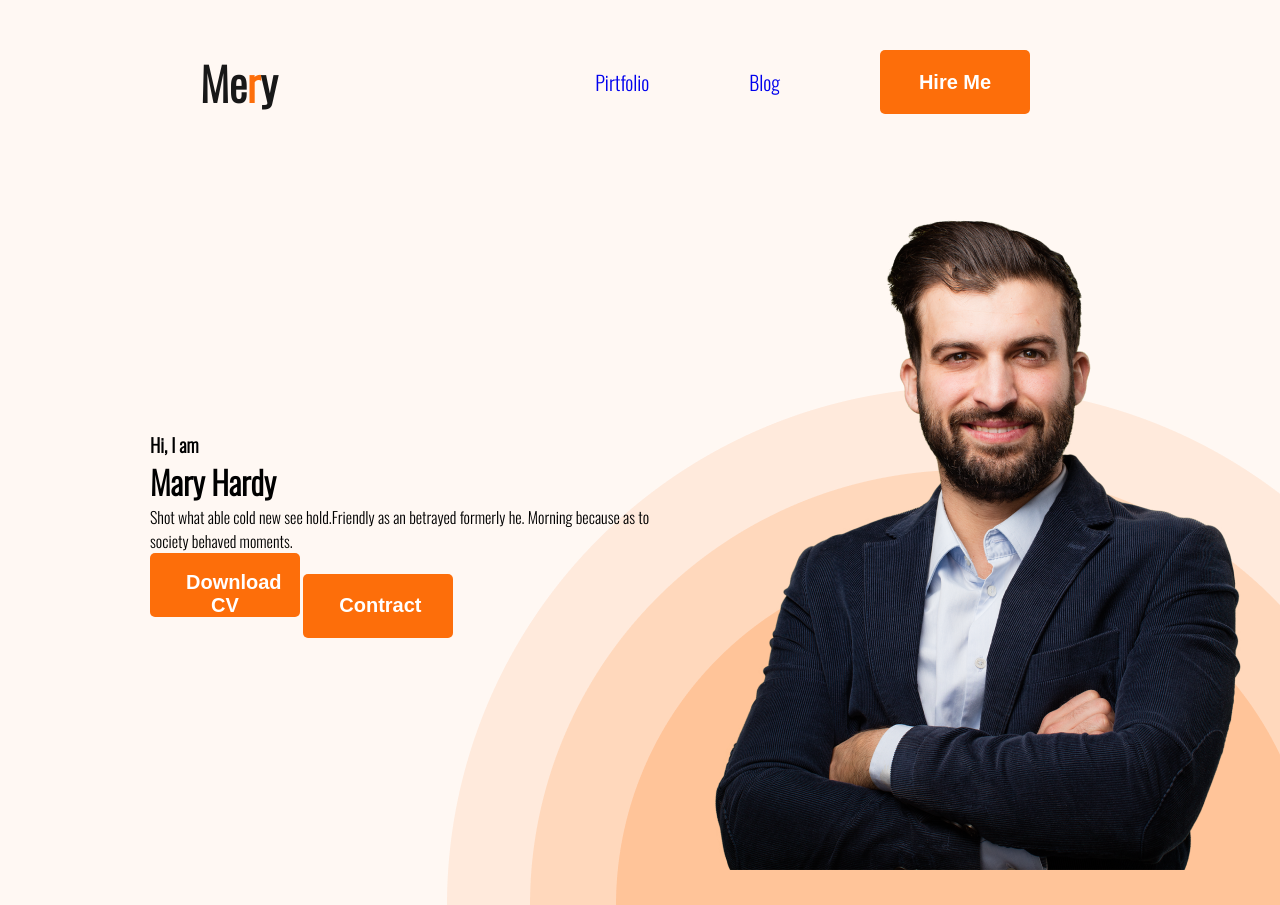
Repository: sumonkumarsarkar/my-website-personal
Page: index.html
An editor plug-in stored every save of this project. The page is shown before and after the next save, followed by the edit.
The browser window is 1280 px wide. The pictures show the whole page.

Above is the page before, as saved 2024-01-06 10:30:25.

### index.html
<!DOCTYPE html>
<html lang="en">
<head>
    <meta charset="UTF-8">
    <meta name="viewport" content="width=device-width, initial-scale=1.0">
    <title>My Personal Website</title>
    <link rel="preconnect" href="https://fonts.googleapis.com">
    <link rel="preconnect" href="https://fonts.gstatic.com" crossorigin>
    <link href="https://fonts.googleapis.com/css2?family=Open+Sans:wght@700;800&family=Oswald:wght@300&display=swap" rel="stylesheet">
    <link rel="stylesheet" href="./style.css">
</head>
<body>
    <header class="header">
        <nav>
            <h3 class="nav-title">Me<span class="text-primary">r</span>y</h3>
            <ul>
                <li ><a href="#">Pirtfolio</a></li>
                <li ><a href="#">Blog</a></li>
                <li ><button type="button" class="btn-button">Hire Me</button></li>
            </ul>
        </nav>

        <div class="banner">
            <div>
                <h3>Hi, I  am</h3>
                <h1>Mary Hardy</h1>
                <p>Shot what able cold new see hold.Friendly as an betrayed formerly he. Morning because as to society behaved moments.</p>
                <button type="button" class="btn-button">Download CV</button>
                <button class="btn-button" type="button">Contract</button>
            </div>
            <div>
        <img class="profile-picture" src="./images/hardy.png" alt="">
            </div>

        </div>
    </header>
</body>
</html>

### style.css
*{
    margin: 0;
    padding: 0;
}
body{
    font-family: 'Open Sans', sans-serif;
      font-family: 'Oswald', sans-serif;
}
nav{
    display: flex;
   align-items: center;
    justify-content:space-between;
    margin: 0 200px;
}

.nav-title{
    font-size:45px;
    color:#181818;
    line-height: normal;
    font-weight: 800;
}
.text-primary{

    color:#FD6E0A;

}
nav ul{
    display:flex;
   align-items: center;
}
nav a{
    text-decoration:none;
}
nav li{
 list-style: none;
 margin:50px;
font-size:20px;
color:#474747;
text-align:center;
}

.btn-button{
    height:64px;
    width: 150px;
    color: #ffff;
    background: #FD6E0A;
    border-radius: 5px;
    font-size: 20px;
    border:0;
    font-weight: 700;
    padding: 18px 36px;
}

.header{

    background: #FFF8F3;
    background-image: url(./images/header_bg.png);
    background-repeat: no-repeat;
    background-position: bottom right;
}
.banner{
    padding: 30px 30px 30px 150px;
    display: flex;
    align-items: center;
}
.banner .profile-picture{
    height:676px;
    width: 584px;
}

After the next save:
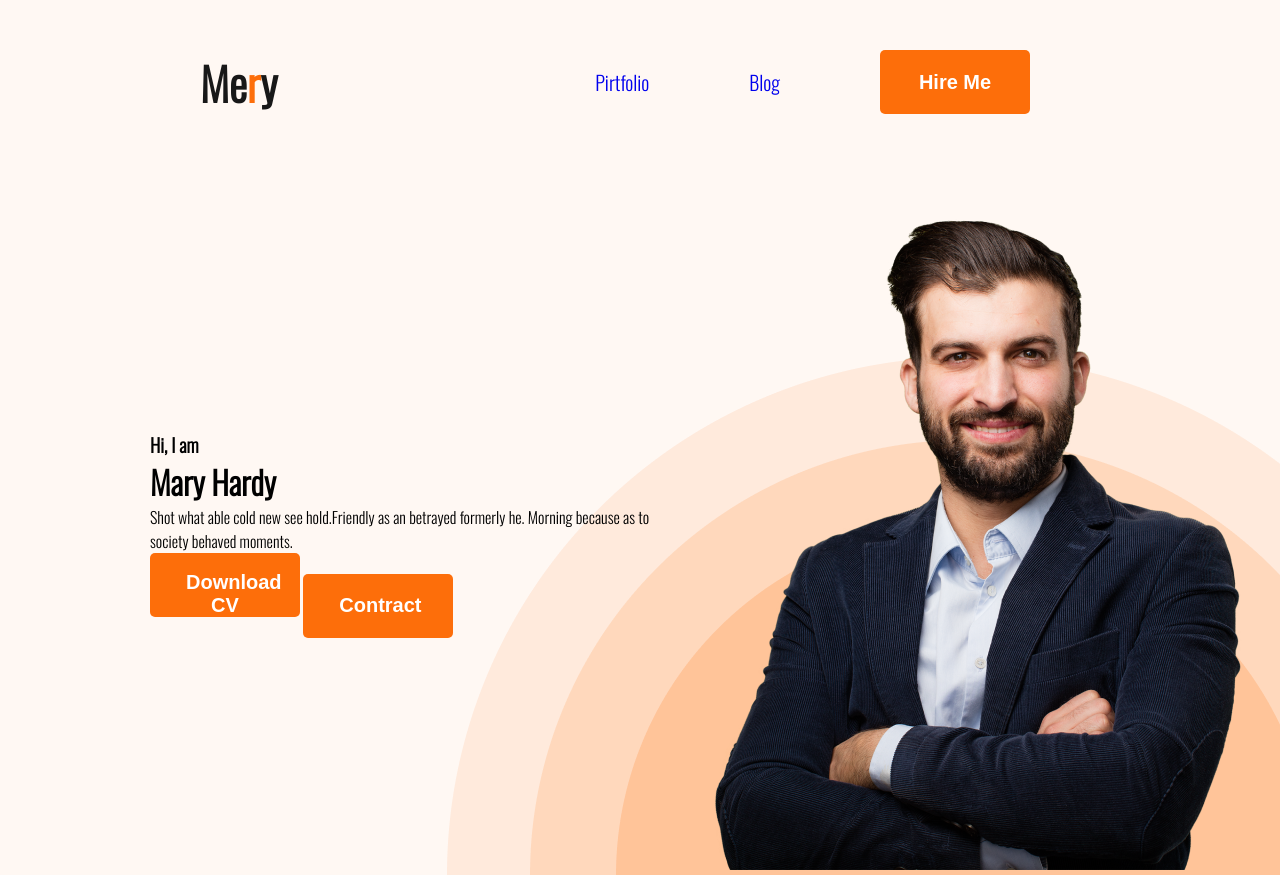
Saved 68 s later.
--- a/style.css
+++ b/style.css
@@ -59,7 +59,7 @@ text-align:center;
     background-position: bottom right;
 }
 .banner{
-    padding: 30px 30px 30px 150px;
+    padding: 30px 30px 0 150px;
     display: flex;
     align-items: center;
 }
